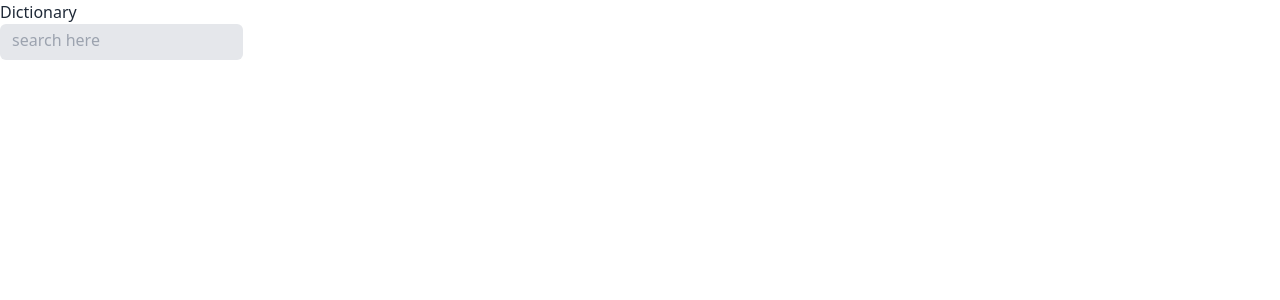
Repository: imokha01/dictionary-app
Page: /
The author's editor kept a copy of each file at every save. The page is drawn from the files as they stood at one save, then again after a run of saves.
The browser window is 1280 px wide. The pictures show the whole page.
The project was rebuilt for these pictures with package versions that can differ from the ones it lists, and the page was loaded fresh each time. Also part of the build but not shown: vite.config.js, src/App.css.

Above is the page before, as saved 2024-02-19 10:49:18.

After the next 5 saves:
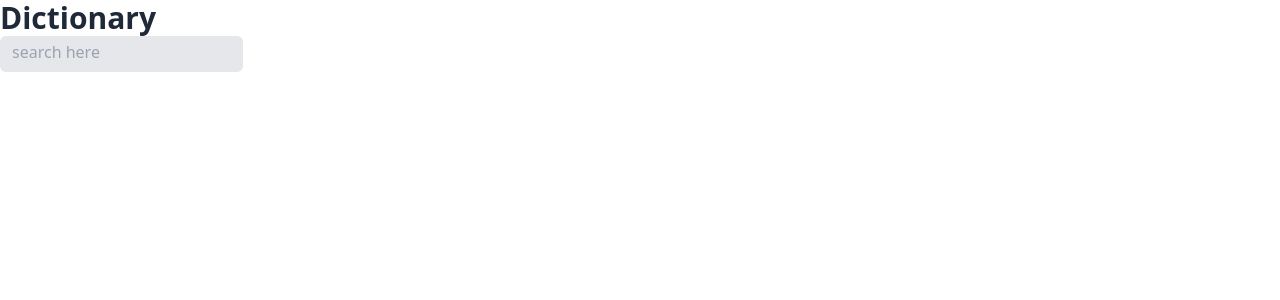
The 5 saves are shown as one change because they came seconds apart.
The last was saved 14 s later.
--- a/src/pages/Home.jsx
+++ b/src/pages/Home.jsx
@@ -3,7 +3,7 @@ const Home = () => {
   return (
     <div>
       <div>
-        <h1 className="">Dictionary</h1>
+        <h1 className="text-3xl font-semibold">Dictionary</h1>
         <input className="bg-gray-200 rounded-md h-9 pl-3 pb-1" type="text" placeholder="search here" />
       </div>
     </div>
